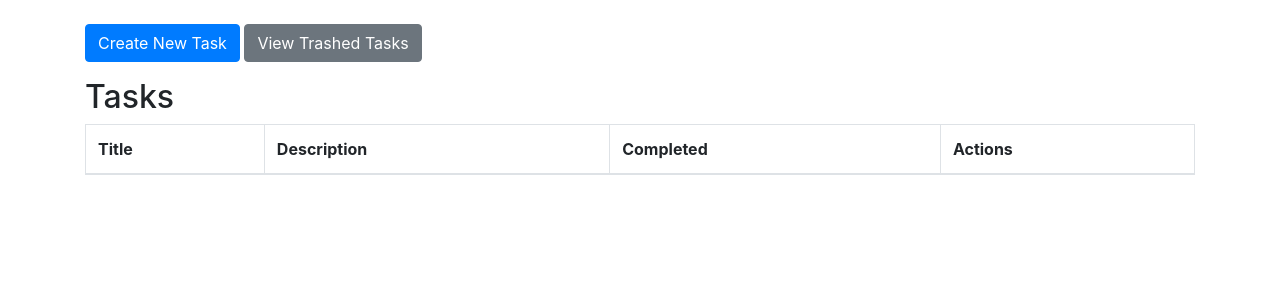
Repository: Abdulahi338/Crude-operation-using-MVC
Page: http://localhost/tasks
An editor plug-in stored every save of this project. The page is shown before and after the next save, followed by the edit.
The browser window is 1280 px wide. The pictures show the whole page.
Some web libraries are served in a nearby version. The page is served by the project's Laravel application, run on PHP 8.4 with Laravel 12. Other server files are loaded and not shown. Queries for data that is not in the repository find no rows.

Above is the page before, as saved 2024-09-06 16:03:17.

### routes/web.php
<?php
use App\Http\Controllers\TaskController;

// Define routes
Route::resource('tasks', TaskController::class);
Route::post('/tasks/{task}/restore', [TaskController::class, 'restore'])->name('tasks.restore');
Route::get('/tasks.trashed', [TaskController::class, 'trashed'])->name('tasks.trashed');
Route::post('/tasks/restore-all', [TaskController::class, 'restoreAll'])->name('tasks.restore.all');

### app/Http/Controllers/TaskController.php
<?php

namespace App\Http\Controllers;

use App\Models\Task;
use Illuminate\Http\Request;

class TaskController extends Controller
{
    // Display a listing of the tasks.
    public function index()
    {
        // Fetch only non-deleted tasks
        $tasks = Task::whereNull('deleted_at')->get();
        return view('tasks.index', compact('tasks'));
    }

    // Show the form for creating a new task.
    public function create()
    {
        return view('tasks.create');
    }

    // Store a newly created task in storage.
    public function store(Request $request)
    {
        $request->validate([
            'title' => 'required|max:255',
            'description' => 'nullable',
        ]);

        Task::create($request->all());
        return redirect()->route('tasks.index')->with('success', 'Task created successfully.');
    }

    // Display the specified task.
    public function show(Task $task)
    {
        return view('tasks.show', compact('task'));
    }

    // Show the form for editing the specified task.
    public function edit(Task $task)
    {
        return view('tasks.edit', compact('task'));
    }

    // Update the specified task in storage.
    public function update(Request $request, Task $task)
    {
        $request->validate([
            'title' => 'required|max:255',
            'description' => 'nullable',
        ]);

        $task->update($request->all());
        return redirect()->route('tasks.index')->with('success', 'Task updated successfully.');
    }

    // Remove the specified task from storage.
    public function destroy(Task $task)
    {
        $task->delete(); // Soft delete
        return redirect()->route('tasks.index')->with('success', 'Task deleted successfully.');
    }

    // Restore a soft-deleted task.
    public function restore($id)
    {
        $task = Task::onlyTrashed()->findOrFail($id);

        if ($task) {
            $task->restore();
            return redirect()->route('tasks.index')->with('success', 'Task restored successfully.');
        }

        return redirect()->route('tasks.index')->with('error', 'Task not found.');
    }


    public function trashed()
    {
        $tasks = Task::onlyTrashed()->get();
        return view('tasks.trashed', compact('tasks'));
    }
    public function restoreAll()
    {
        Task::onlyTrashed()->restore();
        return redirect()->route('tasks.trashed')->with('success', 'All trashed tasks have been restored.');
    }
}

### app/Models/Task.php
<?php

namespace App\Models;

use Illuminate\Database\Eloquent\Factories\HasFactory;
use Illuminate\Database\Eloquent\Model;
use Illuminate\Database\Eloquent\SoftDeletes; // Import SoftDeletes trait

class Task extends Model
{
    use HasFactory, SoftDeletes;

    protected $fillable = [
        'title',
        'description',
        'completed',
    ];

    // Specify which attributes should be treated as dates
    protected $dates = ['deleted_at'];
}

### resources/views/tasks/index.blade.php
<!DOCTYPE html>
<html lang="en">
<head>
    <meta charset="UTF-8">
    <meta name="viewport" content="width=device-width, initial-scale=1.0">
    <title>Tasks</title>
    <link rel="stylesheet" href="https://maxcdn.bootstrapcdn.com/bootstrap/4.0.0/css/bootstrap.min.css">
</head>
<body>
    <div class="container mt-4">
        @if (session('success'))
            <div class="alert alert-success">
                {{ session('success') }}
            </div>
        @elseif (session('error'))
            <div class="alert alert-danger">
                {{ session('error') }}
            </div>
        @endif

        <a href="{{ route('tasks.create') }}" class="btn btn-primary mb-3">Create New Task</a>
        <a href="{{ route('tasks.trashed') }}" class="btn btn-secondary mb-3">View Trashed Tasks</a>

        <h2>Tasks</h2>
        <table class="table table-bordered">
            <thead>
                <tr>
                    <th>Title</th>
                    <th>Description</th>
                    <th>Completed</th>
                    <th>Actions</th>
                </tr>
            </thead>
            <tbody>
                @foreach ($tasks as $task)
                    <tr>
                        <td>{{ $task->title }}</td>
                        <td>{{ $task->description }}</td>
                        <td>{{ $task->completed ? 'Yes' : 'No' }}</td>
                        <td>
                            <a href="{{ route('tasks.edit', $task->id) }}" class="btn btn-warning">Edit</a>

                            <form action="{{ route('tasks.destroy', $task->id) }}" method="POST" style="display:inline;">
                                @csrf
                                @method('DELETE')
                                <button type="submit" class="btn btn-danger">Delete</button>
                            </form>
                        </td>
                    </tr>
                @endforeach
            </tbody>
        </table>
    </div>
    <script src="https://code.jquery.com/jquery-3.2.1.slim.min.js"></script>
    <script src="https://cdnjs.cloudflare.com/ajax/libs/popper.js/1.11.0/umd/popper.min.js"></script>
    <script src="https://maxcdn.bootstrapcdn.com/bootstrap/4.0.0/js/bootstrap.min.js"></script>
</body>
</html>

Loaded but not shown: app/Http/Controllers/Controller.php (common file)

After the next save:
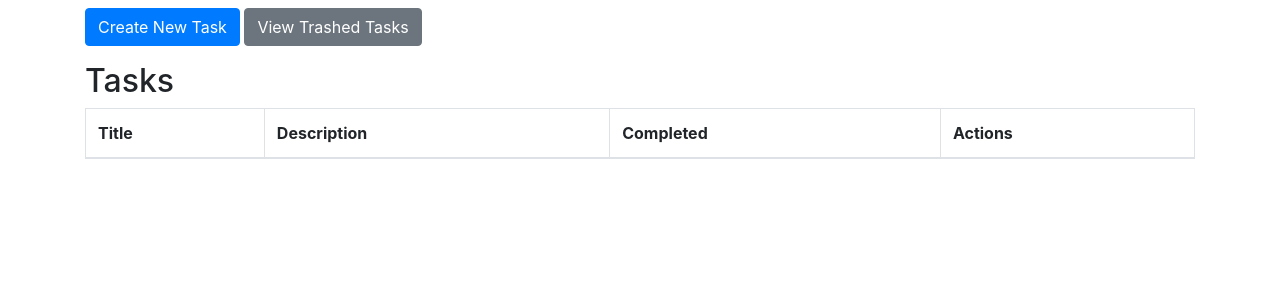
Saved 2 min 17 s later.
--- a/resources/views/tasks/index.blade.php
+++ b/resources/views/tasks/index.blade.php
@@ -7,7 +7,7 @@
     <link rel="stylesheet" href="https://maxcdn.bootstrapcdn.com/bootstrap/4.0.0/css/bootstrap.min.css">
 </head>
 <body>
-    <div class="container mt-4">
+    <div class="container mt-2">
         @if (session('success'))
             <div class="alert alert-success">
                 {{ session('success') }}
